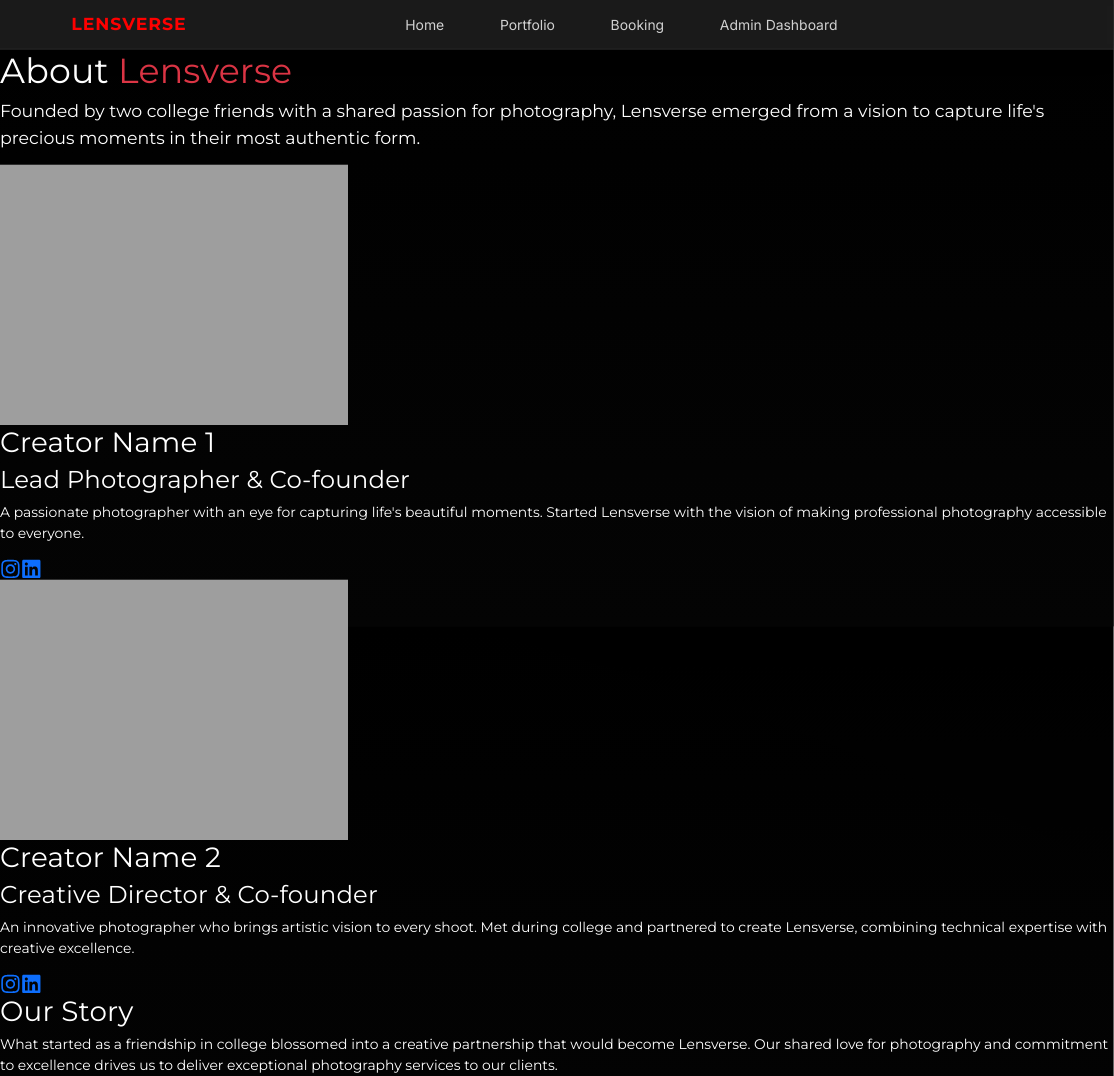
Repository: adithyakiran47/lensverseproject
Page: /about (app in lensverse-client/)
An editor plug-in stored every save of this project. The page is shown before and after the next save, followed by the edit.
The browser window is 1280 px wide. The pictures show the whole page, at 87% of full size.
The project was rebuilt for these pictures with package versions that can differ from the ones it lists, and the page was loaded fresh each time. Also part of the build but not shown: lensverse-client/src/pages/Home.js, lensverse-client/src/pages/Portfolio.css, lensverse-client/src/pages/Portfolio.js, lensverse-client/src/utils/api.js, lensverse-client/src/pages/Booking.js, lensverse-client/src/pages/About.css, lensverse-client/src/pages/AdminLogin.js, lensverse-client/src/pages/AdminDashboard.js. Imported but missing from the stored project, and not drawn on this page: lensverse-client/src/reportWebVitals.

Above is the page before, as saved 2025-11-04 12:36:02.

### lensverse-client/src/index.css
/* src/index.css - global font + high-contrast variables */
@import url('https://fonts.googleapis.com/css2?family=Montserrat:wght@400;600;700;800&family=Inter:wght@300;400;600&display=swap');

:root{
  --bg-900: #000000;
  --panel: rgba(255,255,255,0.03);         /* glass panels */
  --muted: rgba(255,255,255,0.65);
  --text: #ffffff;
  --accent: #ff4f4f;                       /* primary accent */
  --accent-600: #c81b1b;
  --card-bg: rgba(255,255,255,0.02);
  --input-bg: rgba(255,255,255,0.04);
  --focus-ring: rgba(255,79,79,0.14);
}

html,body,#root{
  height:100%;
  background: linear-gradient(180deg,var(--bg-900),#040404);
  margin:0;
  color:var(--text);
  font-family: 'Montserrat', 'Inter', system-ui, -apple-system, 'Segoe UI', Roboto, Arial;
  -webkit-font-smoothing:antialiased;
  -moz-osx-font-smoothing:grayscale;
}

/* Headings: blocky, high-weight for strong visual presence */
h1,h2,h3,h4,h5{
  font-family: 'Montserrat', 'Inter', sans-serif;
  font-weight:700;
  color: var(--text);
  letter-spacing: 0.2px;
}

/* Links */
a { color: var(--muted); text-decoration:none; }
a:hover { color: var(--text); }

/* Utility adjustments for contrast across components */
.bg-black { background: transparent !important; } /* allow global background to show */
.text-muted, .small { color: var(--muted) !important; }

/* Button defaults */
.btn {
  border-radius: 10px;
  font-weight: 700;
  letter-spacing: 0.2px;
}

/* Danger/accent button */
.btn-danger, .btn-logout {
  background: linear-gradient(180deg,var(--accent),var(--accent-600));
  color: #fff;
  border: none;
  box-shadow: 0 10px 30px rgba(200,40,40,0.12);
}

/* Form controls contrast */
.form-control, .form-select, textarea {
  background: var(--input-bg) !important;
  border: 1px solid rgba(255,255,255,0.06) !important;
  color: var(--text) !important;
  border-radius: 8px;
}

.form-control::placeholder { color: rgba(255,255,255,0.45); }

/* Focus */
.form-control:focus, .form-select:focus, textarea:focus, .btn:focus {
  outline: none;
  box-shadow: 0 8px 28px var(--focus-ring);
  border-color: var(--accent);
}

/* Cards / panels */
.panel {
  background: linear-gradient(180deg,var(--card-bg), rgba(0,0,0,0.06));
  border: 1px solid rgba(255,255,255,0.03);
  border-radius: 12px;
  padding: 1rem;
  box-shadow: 0 10px 30px rgba(0,0,0,0.6);
}

/* Make sure contrast for badges */
.badge {
  font-weight:700;
  color: #fff;
}

/* Narrow screens: keep spacing */
@media (max-width:767.98px){
  .container { padding-left:1rem; padding-right:1rem; }
}

### lensverse-client/src/App.js
import React from 'react';
import { BrowserRouter as Router, Routes, Route } from 'react-router-dom';


// Import your page components (create these next)
import Home from './pages/Home';
import Portfolio from './pages/Portfolio';
import Booking from './pages/Booking';
import About from './pages/About';
import AdminLogin from './pages/AdminLogin';
import AdminDashboard from './pages/AdminDashboard';

function App() {
  return (
    <Router>
      <Routes>
        <Route path="/" element={<Home />} />
        <Route path="/portfolio" element={<Portfolio />} />
        <Route path="/booking" element={<Booking />} />
        <Route path="/about" element={<About />} />
        <Route path="/admin-login" element={<AdminLogin />} />
        <Route path="/admin-dashboard" element={<AdminDashboard />} />
      </Routes>
    </Router>
  );
}

export default App;

### lensverse-client/src/pages/About.js
// src/pages/About.js
import React from 'react';
import Navbar from '../components/Navbar';
import { FaInstagram, FaLinkedin } from 'react-icons/fa';
import './About.css';

const CREATORS = [
  {
    name: "Creator Name 1", // Replace with actual name
    role: "Lead Photographer & Co-founder",
    bio: "A passionate photographer with an eye for capturing life's beautiful moments. Started Lensverse with the vision of making professional photography accessible to everyone.",
    image: "http://localhost:5000/assets/ak.JPG", // Add creator's image to public folder
    social: {
      instagram: "https://instagram.com/creator1", // Replace with actual Instagram URL
      linkedin: "https://linkedin.com/in/creator1" // Replace with actual LinkedIn URL
    }
  },
  {
    name: "Creator Name 2", // Replace with actual name
    role: "Creative Director & Co-founder",
    bio: "An innovative photographer who brings artistic vision to every shoot. Met during college and partnered to create Lensverse, combining technical expertise with creative excellence.",
    image: "http://localhost:5000/assets/vl.jpg", // Add creator's image to public folder
    social: {
      instagram: "https://instagram.com/creator2", // Replace with actual Instagram URL
      linkedin: "https://linkedin.com/in/creator2" // Replace with actual LinkedIn URL
    }
  }
];

const About = () => {
  return (
    <>
      <Navbar />
      <div className="about-container">
        <div className="about-header">
          <h1>About <span className="text-danger">Lensverse</span></h1>
          <p className="lead">
            Founded by two college friends with a shared passion for photography,
            Lensverse emerged from a vision to capture life's precious moments in their most authentic form.
          </p>
        </div>

        <div className="creators-grid">
          {CREATORS.map((creator, index) => (
            <div key={index} className="creator-card">
              <div className="creator-image-container">
                <img
                  src={creator.image}
                  alt={creator.name}
                  className="creator-image"
                  onError={(e) => {
                    e.target.src = 'https://via.placeholder.com/400x500?text=Creator+Photo';
                  }}
                />
              </div>
              <div className="creator-info">
                <h2>{creator.name}</h2>
                <h3>{creator.role}</h3>
                <p>{creator.bio}</p>
                <div className="social-links">
                  <a
                    href={creator.social.instagram}
                    target="_blank"
                    rel="noopener noreferrer"
                    className="social-link instagram"
                  >
                    <FaInstagram size={24} />
                  </a>
                  <a
                    href={creator.social.linkedin}
                    target="_blank"
                    rel="noopener noreferrer"
                    className="social-link linkedin"
                  >
                    <FaLinkedin size={24} />
                  </a>
                </div>
              </div>
            </div>
          ))}
        </div>

        <div className="about-footer">
          <h2>Our Story</h2>
          <p>
            What started as a friendship in college blossomed into a creative partnership
            that would become Lensverse. Our shared love for photography and commitment
            to excellence drives us to deliver exceptional photography services to our clients.
          </p>
        </div>
      </div>
    </>
  );
};

export default About;

### lensverse-client/src/pages/Home.css
/* Add to src/pages/Home.css */
@import url("https://cdn.jsdelivr.net/npm/bootstrap-icons@1.11.1/font/bootstrap-icons.css");

/* Utility Classes */
.py-6 {
  padding-top: 6rem;
  padding-bottom: 6rem;
}

.z-1 {
  z-index: 1;
}

/* Hero Section */
.hero-section {
  position: relative;
  background: linear-gradient(rgba(0, 0, 0, 0.7), rgba(0, 0, 0, 0.7));
}

.bg-pattern {
  opacity: 0.1;
  background-image: radial-gradient(#dc3545 1px, transparent 1px);
  background-size: 32px 32px;
}

/* Service Cards */
.service-card {
  transition: transform 0.3s ease, box-shadow 0.3s ease;
  cursor: pointer;
}

.service-card:hover {
  transform: translateY(-10px);
  box-shadow: 0 10px 30px rgba(220, 53, 69, 0.2);
}

/* Feature List */
.feature-list li {
  transition: transform 0.3s ease;
}

.feature-list li:hover {
  transform: translateX(10px);
}

.feature-icon {
  font-size: 1.5rem;
  color: #dc3545;
}

/* Stats Cards */
.stat-card {
  transition: transform 0.3s ease;
  cursor: pointer;
}

.stat-card:hover {
  transform: translateY(-5px);
}

/* Testimonial Section */
.testimonial-card {
  transition: transform 0.3s ease;
  box-shadow: 0 10px 30px rgba(0, 0, 0, 0.2);
}

.testimonial-card:hover {
  transform: translateY(-5px);
}

/* CTA Section */
.cta-section {
  background: linear-gradient(45deg, #dc3545, #900);
}

.cta-section::before {
  content: '';
  position: absolute;
  top: 0;
  left: 0;
  right: 0;
  bottom: 0;
  background: url('data:[embedded picture, 165 characters]') repeat;
  opacity: 0.1;
}

/* Hover Effects */
.hover-scale {
  transition: transform 0.3s ease;
}

.hover-scale:hover {
  transform: scale(1.05);
}

/* Responsive Adjustments */
@media (max-width: 768px) {
  .display-1 {
    font-size: 3rem;
  }

  .py-6 {
    padding-top: 4rem;
    padding-bottom: 4rem;
  }
}

### lensverse-client/src/pages/Booking.css
/* src/pages/Booking.css
   Glassy booking form, responsive, improved contrast, date icon + dropdown visibility
*/

/* Font */
@import url('https://fonts.googleapis.com/css2?family=Montserrat:wght@600;700&display=swap');

/* Form shell (glass) */
.booking-form,
.bg-dark.p-4.rounded.shadow-lg {
  background: linear-gradient(180deg, rgba(255,255,255,0.025), rgba(255,255,255,0.015));
  border-radius: 14px;
  padding: 1.1rem;
  border: 1px solid rgba(255,255,255,0.04);
  box-shadow: 0 18px 48px rgba(0,0,0,0.65);
  backdrop-filter: blur(8px) saturate(120%);
  -webkit-backdrop-filter: blur(8px) saturate(120%);
  transition: transform .14s ease, box-shadow .14s ease, background .2s ease;
  overflow: hidden;
}

/* Hover lift on large screens */
@media (min-width: 992px) {
  .booking-form:hover,
  .bg-dark.p-4.rounded.shadow-lg:hover {
    transform: translateY(-6px);
    box-shadow: 0 28px 60px rgba(0,0,0,0.75);
  }
}

/* Grid: 1 col mobile, 2 col tablet+ */
.row-gap {
  display: grid;
  gap: .75rem;
}
@media (min-width: 768px) {
  .row-gap { grid-template-columns: 1fr 1fr; }
}

/* Inputs and selects */
.booking-form .form-control,
.booking-form .form-select,
.bg-dark.p-4.rounded.shadow-lg .form-control,
.bg-dark.p-4.rounded.shadow-lg .form-select {
  background: linear-gradient(180deg, rgba(0,0,0,0.62), rgba(10,10,10,0.45)) !important;
  color: #f6f6f6 !important;
  border: 1px solid rgba(255,255,255,0.04);
  padding: 0.72rem 0.9rem;
  border-radius: 10px;
  font-size: 0.98rem;
  width: 100%;
  transition: box-shadow .14s ease, border-color .12s ease, transform .08s ease;
  -webkit-appearance: none;
  appearance: none;
}

/* Placeholder */
.booking-form ::placeholder,
.bg-dark.p-4.rounded.shadow-lg ::placeholder {
  color: rgba(255,255,255,0.55);
}

/* Labels */
.booking-form .form-label,
.bg-dark.p-4.rounded.shadow-lg .form-label {
  display: block;
  margin-bottom: 0.35rem;
  font-weight: 600;
  color: #eaeaea;
  font-size: 0.95rem;
}

/* Focus state */
.booking-form .form-control:focus,
.booking-form .form-select:focus,
.bg-dark.p-4.rounded.shadow-lg .form-control:focus,
.bg-dark.p-4.rounded.shadow-lg .form-select:focus {
  border-color: rgba(220,53,69,0.95);
  box-shadow: 0 8px 30px rgba(220,53,69,0.06);
  transform: translateY(-1px);
  outline: none;
}

/* Focus-visible for keyboard users */
.booking-form .form-control:focus-visible,
.booking-form .form-select:focus-visible,
.bg-dark.p-4.rounded.shadow-lg .form-control:focus-visible,
.bg-dark.p-4.rounded.shadow-lg .form-select:focus-visible {
  outline: 3px solid rgba(220,53,69,0.12);
  outline-offset: 3px;
}

/* Select specifics: ensure white value and visible arrow */
.booking-form .form-select,
.bg-dark.p-4.rounded.shadow-lg .form-select {
  color: #fff !important;
  padding-right: 2.8rem;
  background: linear-gradient(180deg, rgba(0,0,0,0.62), rgba(10,10,10,0.45)) !important;
  border-radius: 10px;
  border: 1px solid rgba(255,255,255,0.04) !important;
  background-image:
    url('data:[embedded picture, 259 characters]');
  background-repeat: no-repeat;
  background-position: right 12px center;
  background-size: 14px 14px;
}

/* Ensure option items are visible (native lists vary by browser) */
.booking-form .form-select option {
  background: #0b0b0b;
  color: #fff;
}

/* Date input: make text and icon white and visible */
.booking-form input[type="date"],
.bg-dark.p-4.rounded.shadow-lg input[type="date"] {
  color: #fff; /* date text */
  background: linear-gradient(180deg, rgba(0,0,0,0.62), rgba(10,10,10,0.45)) !important;
}

/* WebKit calendar icon */
.booking-form input[type="date"]::-webkit-calendar-picker-indicator {
  filter: invert(1) brightness(2) contrast(1);
  opacity: 0.95;
}

/* WebKit editable text */
.booking-form input[type="date"]::-webkit-datetime-edit,
.booking-form input[type="date"]::-webkit-datetime-edit-text {
  color: #fff;
}

/* Edge / IE expand control */
.booking-form input[type="date"]::-ms-expand,
.booking-form input[type="date"]::-ms-clear {
  filter: invert(1) brightness(2);
}

/* Button style */
.booking-form .btn-danger,
.bg-dark.p-4.rounded.shadow-lg .btn-danger {
  position: relative;
  overflow: hidden;
  background: linear-gradient(180deg, #ff4f4f 0%, #c81b1b 100%);
  border: none;
  color: #fff;
  padding: 0.62rem 1.05rem;
  border-radius: 12px;
  font-weight: 700;
  letter-spacing: 0.2px;
  box-shadow: 0 10px 30px rgba(200,40,40,0.12);
  transition: transform .12s ease, box-shadow .12s ease;
}

/* Button hover shine */
.booking-form .btn-danger:hover {
  transform: translateY(-4px) scale(1.02);
  box-shadow: 0 20px 50px rgba(200,40,40,0.18);
}
.booking-form .btn-danger::after {
  content: "";
  position: absolute;
  top: -40%;
  left: -30%;
  width: 60%;
  height: 180%;
  background: linear-gradient(120deg, rgba(255,255,255,0.18), rgba(255,255,255,0.02));
  transform: rotate(25deg);
  transition: transform .6s cubic-bezier(.2,.9,.2,1);
  pointer-events: none;
}
.booking-form .btn-danger:hover::after {
  transform: translateX(150%) rotate(25deg);
}

/* Alert */
.alert-success {
  background: linear-gradient(90deg, rgba(40,167,69,0.12), rgba(40,167,69,0.06));
  color: #c7f0d1;
  border: 1px solid rgba(40,167,69,0.12);
}

/* Small note */
.booking-note { color: rgba(255,255,255,0.75); font-size: .95rem; }

/* is-invalid */
.is-invalid { border-color: rgba(255,100,100,0.9) !important; box-shadow: 0 6px 18px rgba(255,100,100,0.04) !important; }
.invalid-feedback { color: #ffbdbd; font-size: 0.9rem; }

/* Responsive adjustments */
@media (max-width: 767.98px) {
  .booking-form { padding: 0.9rem; }
  .booking-form .btn-danger { width: 100%; }
}

/* Accessibility focus-visible */
.booking-form .form-control:focus-visible,
.booking-form .form-select:focus-visible,
.booking-form input[type="date"]:focus-visible {
  outline: 3px solid rgba(220,53,69,0.12);
  outline-offset: 3px;
}

/* Minor polish */
.booking-form .form-control { line-height: 1.3; }

### lensverse-client/src/pages/AdminLogin.css
/* src/pages/AdminLogin.css - improved contrast and block font */
@import url('https://fonts.googleapis.com/css2?family=Montserrat:wght@600;800&display=swap');

.admin-login-page {
  min-height:100vh;
  display:flex;
  align-items:center;
  justify-content:center;
  background: linear-gradient(180deg,#000,#050505);
  padding:2rem;
  font-family: 'Montserrat', system-ui, sans-serif;
}

.login-wrap { width:100%; max-width:420px; }

.admin-card {
  background: linear-gradient(180deg, rgba(255,255,255,0.03), rgba(255,255,255,0.015));
  border-radius:14px;
  border:1px solid rgba(255,255,255,0.04);
  padding:1.2rem;
  box-shadow: 0 18px 48px rgba(0,0,0,0.7);
}

/* title */
.card-title { font-size:1.35rem; color:#fff; font-weight:700; }

/* labels & inputs */
.form-label { color: rgba(255,255,255,0.92); font-weight:700; }
.form-control {
  background: rgba(0,0,0,0.6);
  border-radius:10px;
  border:1px solid rgba(255,255,255,0.04);
  padding:.7rem .9rem;
  color:#fff;
}

/* show button */
.show-btn {
  background: transparent;
  border: 1px solid rgba(255,255,255,0.04);
  color: #fff;
  padding: .45rem .6rem;
  border-radius:8px;
  font-weight:700;
}

/* submit */
.btn-submit {
  margin-top:.9rem;
  width:100%;
  background: linear-gradient(180deg,var(--accent),var(--accent-600));
  color:#fff;
  padding:.68rem;
  border-radius:12px;
  font-weight:800;
}

/* Back to Home button */
.btn-back-home {
  display: block;
  width: 100%;
  text-align: center;
  margin-top: 1rem;
  padding: .68rem;
  background: transparent;
  border: 1px solid rgba(255,255,255,0.1);
  border-radius: 12px;
  color: #fff;
  font-weight: 600;
  text-decoration: none;
  transition: all 0.3s ease;
}

.btn-back-home:hover {
  background: rgba(255,255,255,0.05);
  border-color: rgba(255,255,255,0.2);
  color: #fff;
}

/* small note */
.small-note { color: rgba(255,255,255,0.7); font-size:.88rem; text-align:center; margin-top:.6rem; }

### lensverse-client/src/pages/AdminDashboard.css
/* src/pages/AdminDashboard.css - table + card contrast */
@import url('https://fonts.googleapis.com/css2?family=Montserrat:wght@600;700&display=swap');

.container.bg-black { background: transparent; font-family: 'Montserrat', system-ui, sans-serif; }

/* glass panel */
.table-responsive {
  background: linear-gradient(180deg, rgba(255,255,255,0.02), rgba(255,255,255,0.01));
  border: 1px solid rgba(255,255,255,0.03);
  border-radius: 12px;
  padding: .6rem;
  box-shadow: 0 18px 48px rgba(0,0,0,0.65);
  backdrop-filter: blur(6px);
}

/* table rows distinct */
.table.table-dark tbody tr {
  background: linear-gradient(180deg, rgba(0,0,0,0.6), rgba(8,8,8,0.5));
  border-radius: 10px;
  box-shadow: 0 10px 30px rgba(0,0,0,0.6);
}

/* table cell color */
.table.table-dark tbody td { color: #fff; padding: .85rem 1rem; }

/* headings */
.table.table-dark thead th { color: #fff; font-weight:700; border-bottom: 1px solid rgba(255,255,255,0.03); }

/* badges for status */
.badge { font-weight:700; color:#fff; }

/* small-screen cards */
.card.bg-dark {
  background: linear-gradient(180deg, rgba(255,255,255,0.02), rgba(255,255,255,0.01));
  border:1px solid rgba(255,255,255,0.03);
  border-radius:12px;
  box-shadow: 0 12px 36px rgba(0,0,0,0.65);
  padding:.8rem;
  margin-bottom:1rem;
}

/* actions */
.btn { font-weight:700; border-radius:8px; }
.btn-outline-light { border:1px solid rgba(255,255,255,0.06); color:#fff; }

### lensverse-client/src/components/Navbar.css
.navbar {
  background: rgba(255, 255, 255, 0.1);
  backdrop-filter: blur(10px);
  -webkit-backdrop-filter: blur(10px);
  box-shadow: 0 4px 30px rgba(0, 0, 0, 0.1);
  border-bottom: 1px solid rgba(255, 255, 255, 0.1);
  padding: 1rem 2rem;
}

.navbar-brand {
  font-family: 'Montserrat', sans-serif;
  font-weight: 700;
  font-size: 1.5rem;
  color: #ff0000 !important;
  letter-spacing: 1px;
}

.navbar-toggler {
  border: none;
  background: transparent;
  padding: 0.5rem;
}

.navbar-toggler:focus {
  box-shadow: none;
  outline: none;
}

.navbar-toggler-icon {
  background-image: url("data:[embedded picture, 237 characters]");
}

.navbar-nav {
  margin-left: auto;
}

.nav-item {
  margin: 0 0.5rem;
}

.nav-link {
  font-family: 'Inter', sans-serif;
  color: rgba(255, 255, 255, 0.8) !important;
  font-size: 1rem;
  font-weight: 500;
  padding: 0.5rem 1rem !important;
  transition: all 0.3s ease;
  border-radius: 4px;
}

.nav-link:hover {
  color: #ffffff !important;
  background: rgba(255, 255, 255, 0.1);
}

.nav-link.active {
  color: #ffffff !important;
  background: rgba(255, 255, 255, 0.15);
  font-weight: 600;
}

/* Login button special styling */
.nav-link.login-btn {
  border: 1px solid rgba(255, 255, 255, 0.3);
  padding: 0.5rem 1.5rem !important;
}

.nav-link.login-btn:hover {
  background: rgba(255, 255, 255, 0.2);
  border-color: rgba(255, 255, 255, 0.5);
}

/* Responsive adjustments */
@media (max-width: 991px) {
  .navbar-collapse {
    background: rgba(0, 0, 0, 0.95);
    margin: 1rem -2rem -1rem;
    padding: 1rem 2rem;
    border-top: 1px solid rgba(255, 255, 255, 0.1);
  }

  .nav-item {
    margin: 0.5rem 0;
  }

  .nav-link {
    padding: 0.75rem 1rem !important;
  }

  .login-btn {
    margin-top: 0.5rem;
    text-align: center;
  }
}

/* Custom animation for navbar items */
.nav-link {
  position: relative;
  overflow: hidden;
}

.nav-link::after {
  content: '';
  position: absolute;
  bottom: 0;
  left: 50%;
  width: 0;
  height: 2px;
  background: #ffffff;
  transition: all 0.3s ease;
  transform: translateX(-50%);
}

.nav-link:hover::after,
.nav-link.active::after {
  width: 80%;
}

/* Adjust navbar for larger screens */
@media (min-width: 1200px) {
  .navbar {
    padding: 1rem 4rem;
  }

  .nav-item {
    margin: 0 1rem;
  }
}

Loaded but not shown: lensverse-client/src/index.js (common file); lensverse-client/src/components/Navbar.js (75 lines, source omitted)

After the next save:
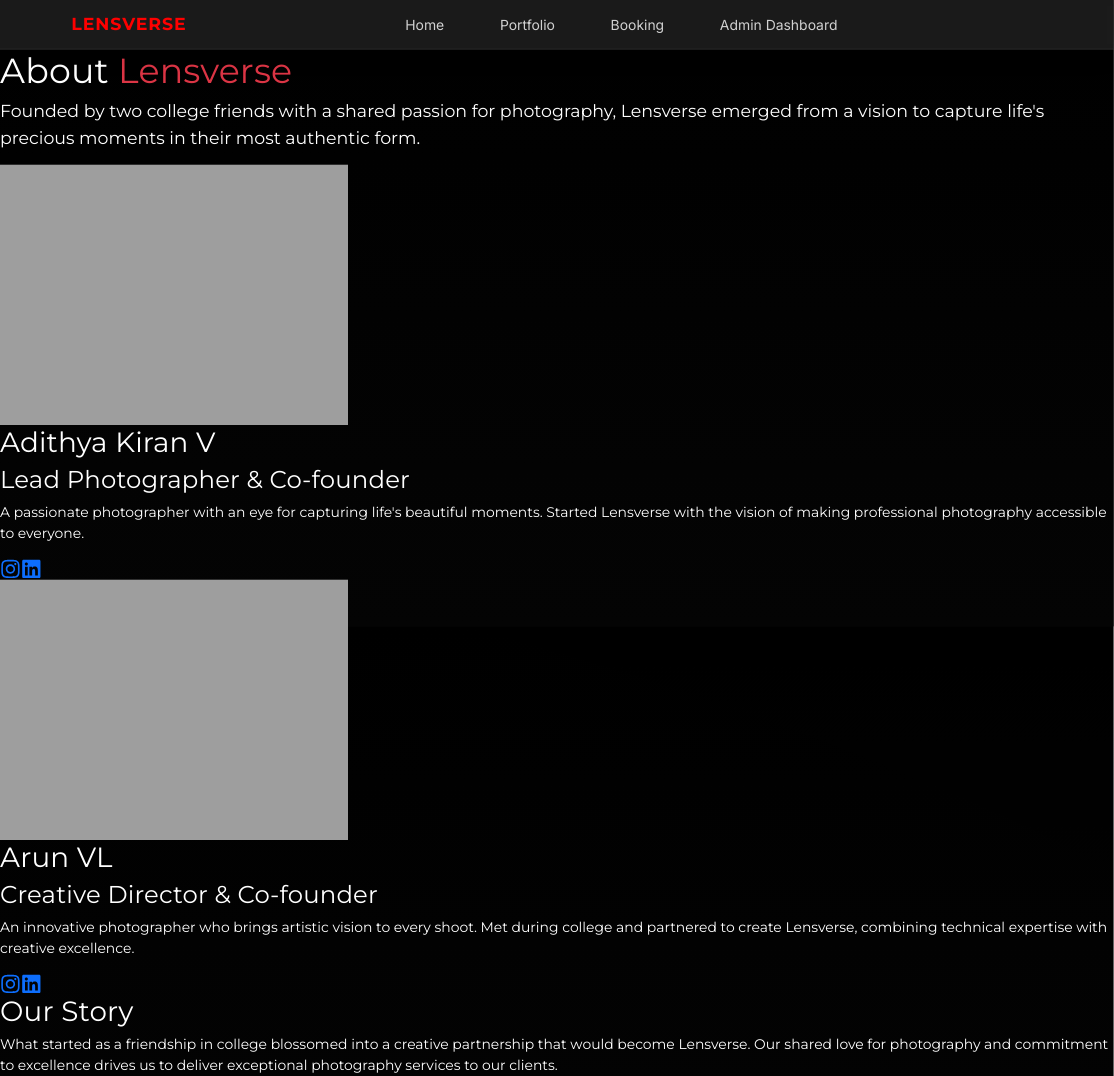
Saved 66 s later.
--- a/lensverse-client/src/pages/About.js
+++ b/lensverse-client/src/pages/About.js
@@ -6,7 +6,7 @@ import './About.css';
 
 const CREATORS = [
   {
-    name: "Creator Name 1", // Replace with actual name
+    name: "Adithya Kiran V", // Replace with actual name
     role: "Lead Photographer & Co-founder",
     bio: "A passionate photographer with an eye for capturing life's beautiful moments. Started Lensverse with the vision of making professional photography accessible to everyone.",
     image: "http://localhost:5000/assets/ak.JPG", // Add creator's image to public folder
@@ -16,7 +16,7 @@ const CREATORS = [
     }
   },
   {
-    name: "Creator Name 2", // Replace with actual name
+    name: "Arun VL", // Replace with actual name
     role: "Creative Director & Co-founder",
     bio: "An innovative photographer who brings artistic vision to every shoot. Met during college and partnered to create Lensverse, combining technical expertise with creative excellence.",
     image: "http://localhost:5000/assets/vl.jpg", // Add creator's image to public folder
